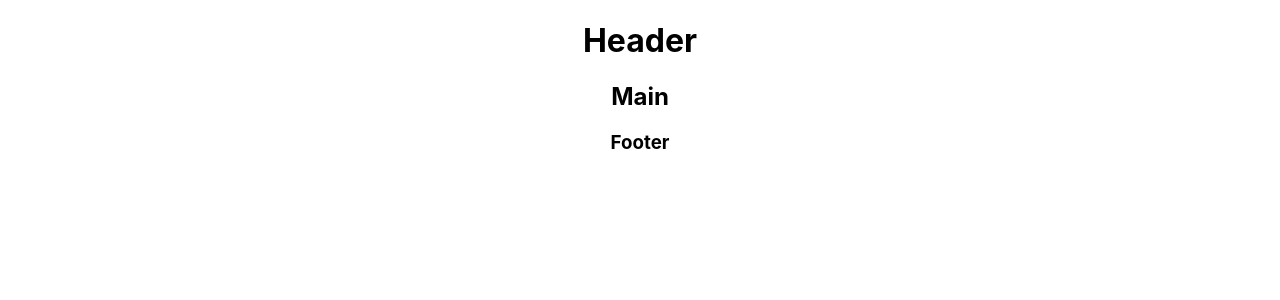
Repository: Mogakamo/react-essentials
Page: /
An editor plug-in stored every save of this project. The page is shown before and after a run of saves, followed by the edit.
The browser window is 1280 px wide. The pictures show the whole page.
The project was rebuilt for these pictures with package versions that can differ from the ones it lists, and the page was loaded fresh each time.

Above is the page before, as saved 2021-03-22 11:15:01.

After the next 9 saves:
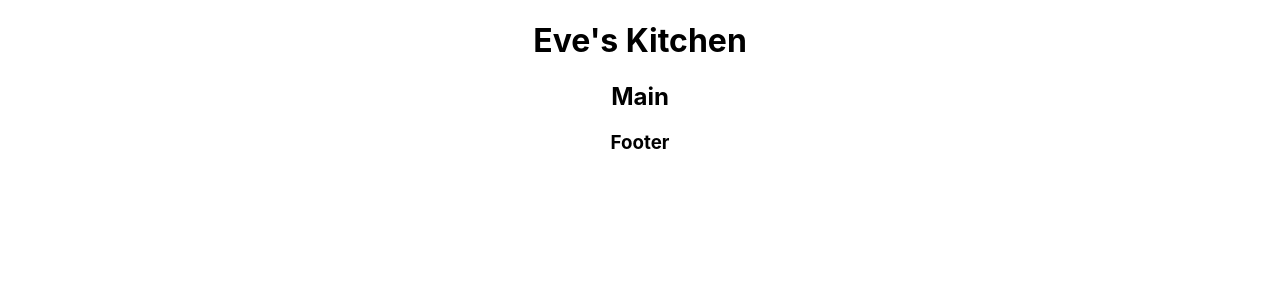
The 9 saves are shown as one change because 4 did not build or start and some came seconds apart.
The last was saved 81 s later.
--- a/src/App.js
+++ b/src/App.js
@@ -1,14 +1,15 @@
-import logo from './logo.svg';
 import './App.css';
 
 function Header() {
+  return (
   <h1>Eve's Kitchen</h1>
+  )
 }
 
 function App() {
   return (
     <div className="App">
-      <h1>Header</h1>
+      <Header />
       <h2>Main</h2>
       <h3>Footer</h3>
     </div>
